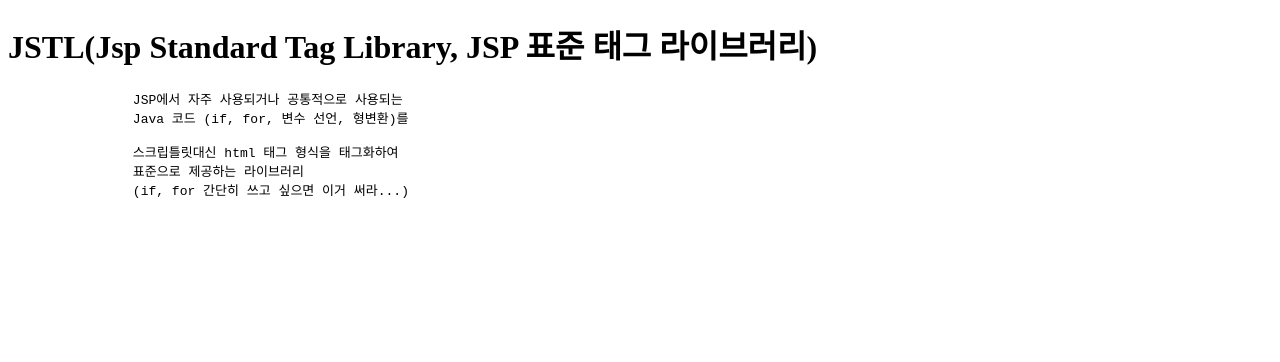
Repository: ahnjaeyoun/6_Server
Page: http://localhost/JSPProject2/jstl/main
The author's editor kept a copy of each file at every save. The page is drawn from the files as they stood at one save, then again after the next save.
The browser window is 1280 px wide. The pictures show the whole page.
The page is served by Tomcat 9. Other server files are loaded and not shown.

Above is the page before, as saved 2023-09-19 03:12:42.

### JSPProject2/src/main/webapp/WEB-INF/views/jstl/main.jsp
<%@ page language="java" contentType="text/html; charset=UTF-8"
    pageEncoding="UTF-8"%>
<!DOCTYPE html>
<html>
	<head>
	<meta charset="UTF-8">
<title>JSTL(Jsp Standard Tag Library)</title>
</head>
<body>

	<h1>JSTL(Jsp Standard Tag Library, JSP 표준 태그 라이브러리)</h1>

	<pre>
		JSP에서 자주 사용되거나 공통적으로 사용되는
		Java 코드 (if, for, 변수 선언, 형변환)를

		스크립틀릿대신 html 태그 형식을 태그화하여
		표준으로 제공하는 라이브러리
		(if, for 간단히 쓰고 싶으면 이거 써라...)
	</pre>
</body>
</html>

### JSPProject2/src/main/java/edu/kh/jsp/controller/JSTLController.java
package edu.kh.jsp.controller;

import java.io.IOException;

import javax.servlet.ServletException;
import javax.servlet.annotation.WebServlet;
import javax.servlet.http.HttpServlet;
import javax.servlet.http.HttpServletRequest;
import javax.servlet.http.HttpServletResponse;

@WebServlet("/jstl/main")
public class JSTLController extends HttpServlet{

	@Override
	protected void doGet(HttpServletRequest req, HttpServletResponse resp) throws ServletException, IOException {

		req.getRequestDispatcher("/WEB-INF/views/jstl/main.jsp").forward(req, resp);
	}
}

After the next save:
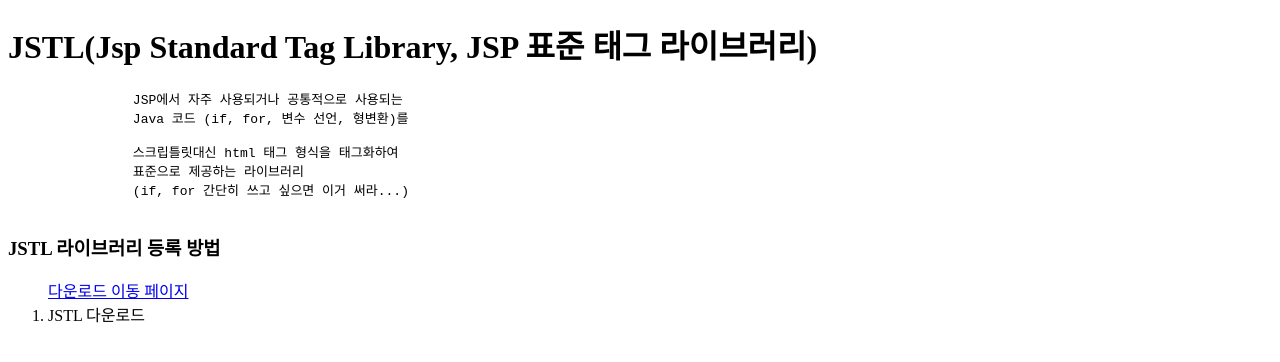
Saved 2 min 20 s later.
--- a/JSPProject2/src/main/webapp/WEB-INF/views/jstl/main.jsp
+++ b/JSPProject2/src/main/webapp/WEB-INF/views/jstl/main.jsp
@@ -18,5 +18,18 @@
 		표준으로 제공하는 라이브러리
 		(if, for 간단히 쓰고 싶으면 이거 써라...)
 	</pre>
+
+	<h3>JSTL 라이브러리 등록 방법</h3>
+
+	<ol>
+	<a href="https://tomcat.apache.org/download-taglibs.cgi">
+		다운로드 이동 페이지
+	</a>
+		<li>JSTL 다운로드</li>
+	</ol>
+
+
+
+
 </body>
 </html>
